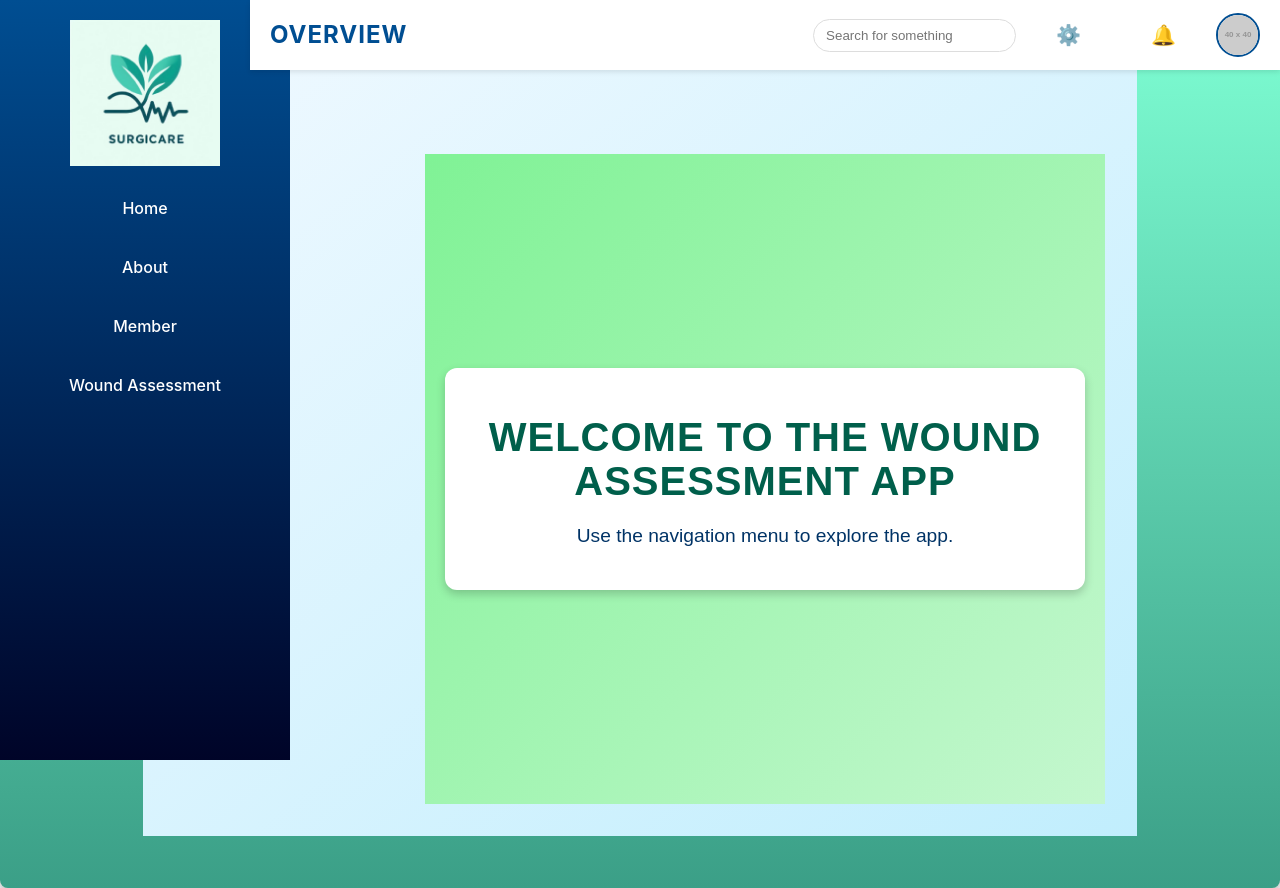
Repository: Jinwoo290350/Surgicare-Vue
Page: / (app in surgicare/)
The author's editor kept a copy of each file at every save. The page is drawn from the files as they stood at one save, then again after the next save.
The browser window is 1280 px wide. The pictures show the whole page.
The project was rebuilt for these pictures with package versions that can differ from the ones it lists, and the page was loaded fresh each time. Also part of the build but not shown: surgicare/vite.config.js, surgicare/src/views/About.vue, surgicare/src/views/Member.vue, surgicare/src/components/WoundAssessment.vue.

Above is the page before, as saved 2024-12-30 15:11:53.
Console error: TypeError: Cannot read properties of null (reading 'getContext')

### surgicare/index.html
<!doctype html>
<html lang="en">
  <head>
    <meta charset="UTF-8" />
    <link rel="icon" type="image/svg+xml" href="/vite.svg" />
    <meta name="viewport" content="width=device-width, initial-scale=1.0" />
    <title>Vite + Vue</title>
  </head>
  <body>
    <div id="app"></div>
    <script type="module" src="/src/main.js"></script>
  </script>
  <link href="https://fonts.googleapis.com/css2?family=Roboto:wght@400;500;700&display=swap" rel="stylesheet">

  <script type="text/javascript" src="./src/star.js"></script>
  </body>
</html>

### surgicare/src/main.js
import { createApp } from 'vue'
import './style.css'
import App from './App.vue'
import router from "./router";

createApp(App).use(router).mount("#app");

### surgicare/src/style.css
:root {
  font-family: Inter, system-ui, Avenir, Helvetica, Arial, sans-serif;
  line-height: 1.5;
  font-weight: 400;
  color-scheme: light dark;
  color: rgba(255, 255, 255, 0.87);
  background-color: #242424;
  font-synthesis: none;
  text-rendering: optimizeLegibility;
  -webkit-font-smoothing: antialiased;
  -moz-osx-font-smoothing: grayscale;
}

a {
  font-weight: 500;
  text-decoration: none;
  transition: color 0.3s ease-in-out;
}
a:hover {
  color: #535bf2; /* Blue hover effect */
}

body {
  margin: 0;
  display: flex;
  flex-direction: column;
  align-items: center;
  justify-content: center;
  min-width: 320px;
  min-height: 100vh;
  padding: 20px;
  background-color: #1f2d29;
  background-image: linear-gradient(to top, #3b9f87, #7fffd4);
  background-repeat: no-repeat;
  border-radius: 8px;
  box-shadow: 0 6px 12px rgba(0, 0, 0, 0.3);
}

h1 {
  font-size: 3em;
  line-height: 1.1;
  color: #fff;
  text-transform: uppercase;
  letter-spacing: 1px;
  margin-bottom: 0.5em;
  transition: transform 0.3s ease-in-out;
}
h1:hover {
  transform: scale(1.05); /* Slight hover effect */
}

button {
  border-radius: 8px;
  border: 1px solid transparent;
  padding: 0.8em 1.5em;
  font-size: 1em;
  font-weight: 500;
  background-color: #333;
  color: #fff;
  cursor: pointer;
  transition: all 0.3s ease;
}
button:hover {
  border-color: #646cff;
  background-color: #444;
  transform: translateY(-2px); /* Lift on hover */
}
button:focus,
button:focus-visible {
  outline: 4px auto -webkit-focus-ring-color;
}

.card {
  padding: 2em;
  background-color: #2a2a2a;
  border-radius: 12px;
  box-shadow: 0 4px 10px rgba(0, 0, 0, 0.4);
  transition: transform 0.3s ease;
}
.card:hover {
  transform: translateY(-5px); /* Lift on hover */
}

#app {
  max-width: 1280px;
  margin: 0 auto;
  padding: 2rem;
  text-align: center;
}

/* Media Queries for Responsiveness */
@media (max-width: 768px) {
  body {
    padding: 15px;
  }

  h1 {
    font-size: 2.4em; /* Smaller title for mobile screens */
  }

  button {
    padding: 0.6em 1.2em;
    font-size: 1em;
  }

  .card {
    padding: 1.5em;
  }

  #app {
    padding: 1.5rem;
  }
}

@media (max-width: 480px) {
  h1 {
    font-size: 2em; /* Further reduce title size */
  }

  button {
    padding: 0.5em 1em;
    font-size: 0.9em;
  }

  .card {
    padding: 1em;
  }
}

/* Light Mode Styles */
@media (prefers-color-scheme: light) {
  :root {
    color: #213547;
    background-color: #ffffff;
  }
  a:hover {
    color: #747bff;
  }
  button {
    background-color: #f9f9f9;
    color: #333;
  }
  .card {
    background-color: #f5f5f5;
    box-shadow: 0 2px 6px rgba(0, 0, 0, 0.1);
  }
}

### surgicare/src/App.vue
<template>
  <div id="app" class="app-container">
    <aside class="sidebar">
      <img src="/Users/frank/Vscode/Vue/surgicare/public/Icon_surgicare.png" alt="Logo" class="logo" />
      <nav class="menu">
        <router-link to="/">Home</router-link>
        <router-link to="/about">About</router-link>
        <router-link to="/member">Member</router-link>
        <router-link to="/wound-assessment">Wound Assessment</router-link>
      </nav>
    </aside>

    <header class="header">
      <h1>Overview</h1>
      <div class="header-tools">
        <input type="text" placeholder="Search for something" class="search-box" />
        <button class="settings-btn">⚙️</button>
        <button class="notifications-btn">🔔</button>
        <img src="https://via.placeholder.com/40" alt="Profile" class="profile-pic" />
      </div>
    </header>

    <main class="content-area">
      <router-view class="router-view" />
    </main>
  </div>
</template>

<script>
export default {
  name: "DashboardPage",
};
</script>

<style scoped>
/* General Styles */
body {
  margin: 0;
  font-family: 'Poppins', Arial, sans-serif;
}

.app-container {
  display: flex;
  flex-direction: column;
  height: 100vh;
  background: linear-gradient(to bottom right, #f0f9ff, #c1eefd);
  overflow: hidden; /* Prevent scroll */
}

.sidebar {
  position: fixed;
  top: 0;
  left: 0;
  width: 250px;
  height: 100%;
  background: linear-gradient(to bottom, #004e92, #000428);
  color: white;
  padding: 20px;
  display: flex;
  flex-direction: column;
  align-items: center;
  z-index: 1000;
}

.logo {
  width: 100%;
  max-width: 150px;
  margin-bottom: 20px;
}

.menu a {
  text-decoration: none;
  color: white;
  font-size: 16px;
  margin-bottom: 15px;
  display: block;
  text-align: center;
  padding: 10px 15px;
  border-radius: 8px;
  transition: background 0.3s, transform 0.3s;
}

.menu a:hover {
  background: rgba(255, 255, 255, 0.2);
  transform: scale(1.05);
}

.header {
  position: fixed;
  top: 0;
  left: 250px; /* Offset for the sidebar */
  right: 0;
  height: 70px;
  background: white;
  display: flex;
  justify-content: space-between;
  align-items: center;
  padding: 0 20px;
  box-shadow: 0 2px 5px rgba(0, 0, 0, 0.1);
  z-index: 1000;
}

.header h1 {
  font-size: 24px;
  color: #004e92;
  margin: 0;
}

.header-tools {
  display: flex;
  align-items: center;
}

.search-box {
  padding: 8px 12px;
  border: 1px solid #ddd;
  border-radius: 25px;
  margin-right: 10px;
  outline: none;
  transition: box-shadow 0.3s;
}

.search-box:focus {
  box-shadow: 0 0 10px rgba(0, 78, 146, 0.5);
}

.settings-btn,
.notifications-btn {
  background: none;
  border: none;
  font-size: 20px;
  color: #555;
  margin-right: 10px;
  cursor: pointer;
}

.profile-pic {
  width: 40px;
  height: 40px;
  border-radius: 50%;
  border: 2px solid #004e92;
}

.content-area {
  margin-top: 70px; /* Offset for the fixed header */
  margin-left: 250px; /* Offset for the fixed sidebar */
  flex-grow: 1;
  display: flex;
  justify-content: center;
  align-items: center;
  overflow-y: auto;
}

.router-view {
  width: 100%;
  height: 300%;
  background: linear-gradient(to bottom right, #e6f7f9, #ffffff);
  display: flex;
  justify-content: center;
  align-items: center;
  position: relative;
}

.placeholder {
  width: 80%;
  height: 80%;
  background: rgba(255, 255, 255, 0.8);
  border-radius: 20px;
  box-shadow: 0 4px 20px rgba(0, 0, 0, 0.1);
  display: flex;
  justify-content: center;
  align-items: center;
  font-size: 28px;
  color: #004e92;
  font-weight: bold;
  text-align: center;
}
</style>

### surgicare/src/router/index.js
import { createRouter, createWebHistory } from "vue-router";

// Importing views and components
import Home from "../views/Home.vue";
import About from "../views/About.vue";
import Member from "../views/Member.vue";
import WoundAssessment from "../components/WoundAssessment.vue";

// Define the route configurations
const routes = [
  {
    path: "/",
    name: "Home",
    component: Home,
    meta: {
      title: "Home -  Surgicare",
    },
  },
  {
    path: "/about",
    name: "About",
    component: About,
    meta: {
      title: "About - Surgicare",
    },
  },
  {
    path: "/member",
    name: "Member",
    component: Member,
    meta: {
      title: "Member - Surgicare",
    },
  },
  {
    path: "/wound-assessment",
    name: "WoundAssessment",
    component: WoundAssessment,
    meta: {
      title: "Wound Assessment - Surgicare",
    },
  },
];

// Create the router instance
const router = createRouter({
  history: createWebHistory(),
  routes,
  scrollBehavior(to, from, savedPosition) {
    // Scroll to top on route change, unless saved position exists
    if (savedPosition) {
      return savedPosition;
    } else {
      return { top: 0 };
    }
  },
});

// Global navigation guard for dynamic document titles
router.beforeEach((to, from, next) => {
  document.title = to.meta.title || "Default App Title";
  next();
});

export default router;

### surgicare/src/views/Home.vue
<template>
  <div class="home">
    <div class="content">
      <h1 class="title">Welcome to the Wound Assessment App</h1>
      <p class="description">Use the navigation menu to explore the app.</p>
    </div>
  </div>
</template>

<script>
export default {
  name: "Home",
};
</script>

<style scoped>
.home {
  display: flex;
  justify-content: center;
  align-items: center;
  height: 100vh; /* Full height for viewport */
  background: linear-gradient(to bottom right, #7ef294, #c6f7d0); /* Subtle gradient */
  font-family: 'Arial', sans-serif;
  text-align: center;
  box-sizing: border-box;
  padding: 20px;
}

.content {
  max-width: 600px; /* Limit content width for better readability */
  padding: 20px;
  background: #ffffff;
  border-radius: 12px; /* Rounded corners */
  box-shadow: 0 4px 10px rgba(0, 0, 0, 0.2); /* Subtle shadow */
}

.title {
  font-size: 2.5rem;
  font-weight: bold;
  color: #005f4b;
  margin-bottom: 15px;
}

.description {
  font-size: 1.2rem;
  color: #003366;
  font-weight: 300;
}
</style>

### surgicare/src/star.js
const canvas = document.querySelector('canvas')
const c = canvas.getContext('2d')

canvas.width = innerWidth
canvas.height = innerHeight

window.addEventListener("resize", function() {
    canvas.width = window.innerWidth;
    canvas.height = window.innerHeight;
    init()
})
function Star(x, y, radius, color) {
    this.x = x
    this.y = y
    this.radius = radius
    this.color = color
    this.velocity = {
        x: (Math.random() - 0.5) * 8,
        y: 3
    }
    this.friction = 0.8
    this.gravity = 1
}

Star.prototype.draw = function() {
    c.save()
    c.beginPath()
    c.arc(this.x, this.y, this.radius, 0, Math.PI * 2, false)
    c.fillStyle = this.color
    c.shadowColor = '#E3EAEF'
    c.shadowBlur = 20
    c.fill()
    c.closePath()
    c.restore()
}

Star.prototype.update = function() {
    this.draw()

    //When ball hits bottom of screen
    if(this.y + this.radius + this.velocity.y > canvas.height - groundHeight){
        this.velocity.y = -this.velocity.y * this.friction
        this.shatter()
    }
    else{
        this.velocity.y += this.gravity
    }

    //Hits side of screen
    if(this.x + this.radius + this.velocity.x > canvas.width || this.x - this.radius <= 0){
        this.velocity.x = -this.velocity.x * this.friction
        this.shatter()
    }

    this.x += this.velocity.x
    this.y += this.velocity.y

}

Star.prototype.shatter = function(){
    this.radius -= 3
    for(let i = 0; i < 8; i++){
        miniStars.push(new MiniStar(this.x, this.y, 2))
    }

}

function MiniStar(x, y, radius, color){
    Star.call(this, x, y, radius, color)
    this.velocity = {
        x: (Math.random() - 0.5) * 10,
        y: (Math.random() - 0.5) * 30
    }
    this.friction = 0.8
    this.gravity = 0.1
    this.ttl = 100
    this.opacity = 1
}

MiniStar.prototype.draw = function() {
    c.save()
    c.beginPath()
    c.arc(this.x, this.y, this.radius, 0, Math.PI * 2, false)
    c.fillStyle = `rgba(227,234, 239, ${this.opacity})`
    c.shadowColor = '#E3EAEF'
    c.shadowBlur = 20
    c.fill()
    c.closePath()
    c.restore()
}

MiniStar.prototype.update = function() {
    this.draw()

    if(this.y + this.radius + this.velocity.y > canvas.height - groundHeight){
        this.velocity.y = -this.velocity.y * this.friction
    }
    else{
        this.velocity.y += this.gravity
    }

    this.x += this.velocity.x
    this.y += this.velocity.y
    this.ttl -= 1
    this.opacity -= 0.0001 * this.ttl
}

function creatMountainRange(mountainAmount, height, color){
    for(let i = 0; i < mountainAmount; i++){
        const mountainWidth = canvas.width / mountainAmount
        c.beginPath()
        c.moveTo(i * mountainWidth, canvas.height)
        c.lineTo(i * mountainWidth + mountainWidth + 0.2*canvas.height, canvas.height)
        c.lineTo(i * mountainWidth + mountainWidth / 2, canvas.height - height)
        c.lineTo(i * mountainWidth - 0.2*canvas.height, canvas.height)
        c.fillStyle = color
        c.fill()
        c.closePath()
    }
}

// Implementation
const backgroundGradient = c.createLinearGradient(0, 0, canvas.width, canvas.height)
backgroundGradient.addColorStop(0, '#171e26')
backgroundGradient.addColorStop(1, '#3f586b')

let stars
let miniStars
let backgroundStars
let ticker = 0
let randomSpawnRate = 75
const groundHeight = 0.09 * canvas.height
let inf = 1e9
function init() {
    stars = []
    miniStars = []
    backgroundStars = []

    for(let i = 0; i < 200; i++){
        const x = Math.random() * canvas.width
        const y = Math.random() * canvas.height
        const radius = Math.random() * 3
        backgroundStars.push(new Star(x, y, radius, 'white'))
    }
}

// Animation Loop
function animate() {
    c.clearRect(0, 0, 0, canvas.height)
    c.fillStyle = backgroundGradient
    c.fillRect(0, 0, canvas.width, canvas.height)

    backgroundStars.forEach(backgroundStar => {
        backgroundStar.draw()
    })

    if(flag) creatMountainRange(1, canvas.height * 0.7, '#384551')
    if(flag) creatMountainRange(2, canvas.height * 0.6, '#2B3843')
    if(flag) creatMountainRange(3, canvas.height * 0.4, '#26333E')
    c.fillStyle = '#182028'
    c.fillRect(0, canvas.height - groundHeight, canvas.width, groundHeight)
    stars.forEach((star, index) => {
        star.update();
        if(star.radius == 0){
            stars.splice(index, 1)
        }
    });

    miniStars.forEach((miniStar, index) => {
        miniStar.update();
        if(miniStar.ttl == 0){
            miniStars.splice(index, 1)
        }
    });

    ticker++
    if(ticker >= inf){
        ticker = 0
    }
    if(ticker % randomSpawnRate == 0){
        const radius = 9
        const x = Math.max(radius, Math.random() * canvas.width - radius)
        stars.push(new Star(x, -100, 9, '#E3EAEF'))
        randomSpawnRate = Math.floor(Math.random() * (200 - 125 + 1) + 125)
    }

    requestAnimationFrame(animate)
}

init()
animate()

After the next save:
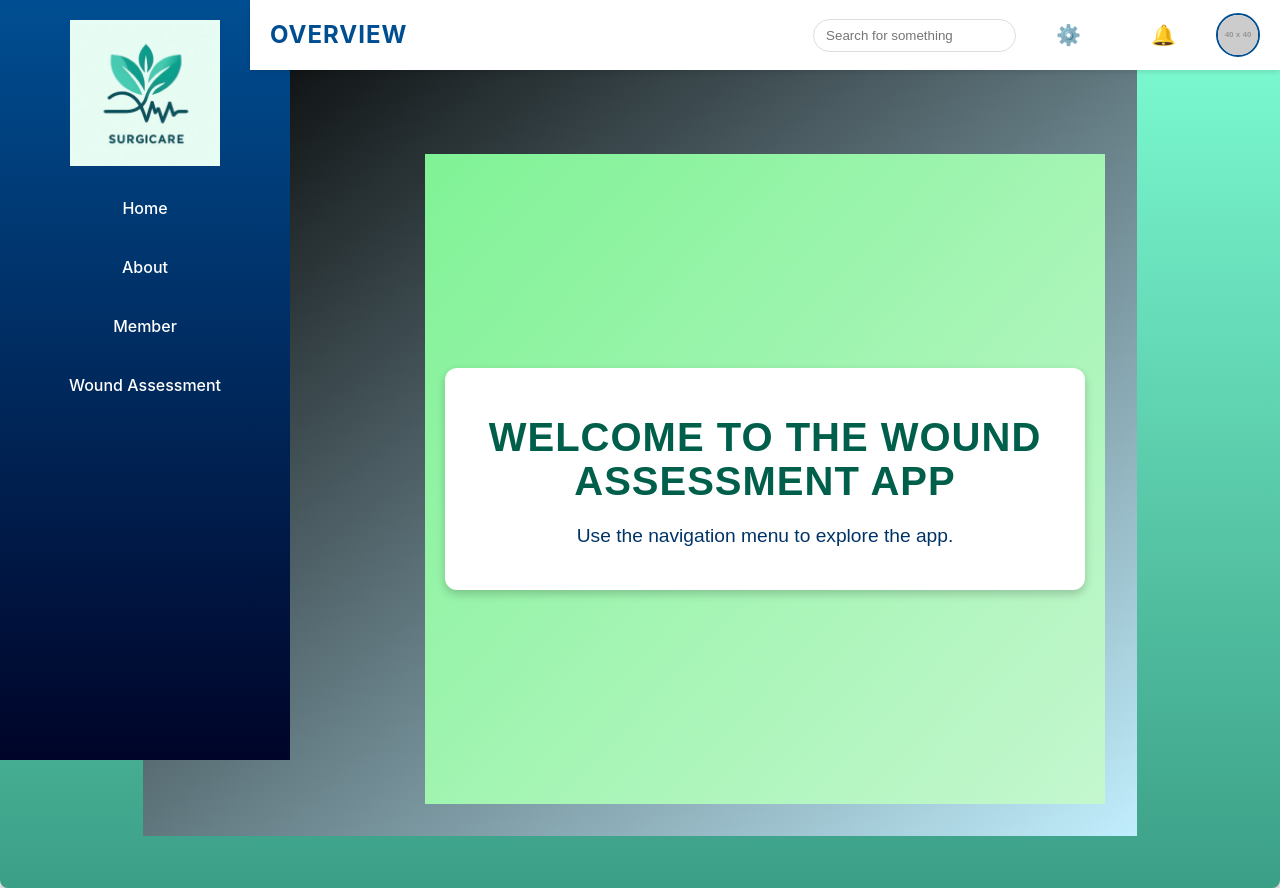
Saved 38 s later.
--- a/surgicare/src/App.vue
+++ b/surgicare/src/App.vue
@@ -43,7 +43,7 @@ body {
   display: flex;
   flex-direction: column;
   height: 100vh;
-  background: linear-gradient(to bottom right, #f0f9ff, #c1eefd);
+  background: linear-gradient(to bottom right, #000000, #c1eefd);
   overflow: hidden; /* Prevent scroll */
 }
 
